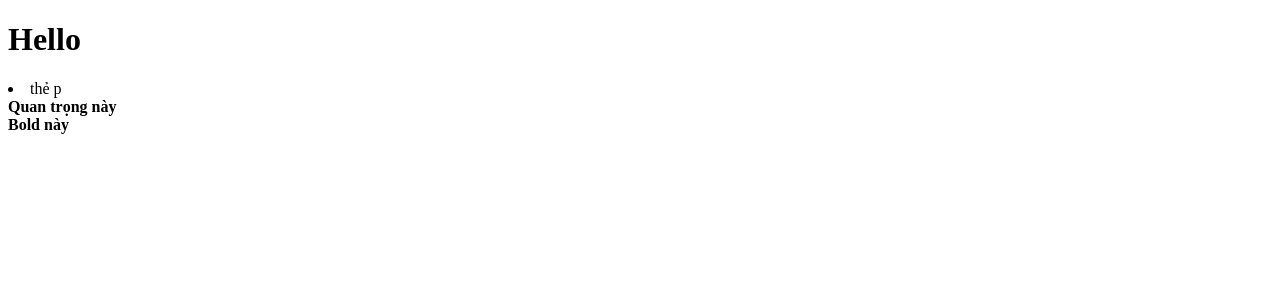
Repository: huyennvo/ptcudw
Page: lesson2/index.html
The author's editor kept a copy of each file at every save. The page is drawn from the files as they stood at one save, then again after the next save.
The browser window is 1280 px wide. The pictures show the whole page.

Above is the page before, as saved 2022-08-08 08:14:34.

### lesson2/index.html
<!DOCTYPE html>
<!-- đọc file html -->
<html lang="en">
    <!-- bắt đầu thẻ html -->
<head>
    <!-- phần đầu -->
    <meta charset="UTF-8">
    <!-- hiển thị tiếng việt -->
    <meta http-equiv="X-UA-Compatible" content="IE=edge">
    <meta name="viewport" content="width=device-width, initial-scale=1.0">
    <!-- Mô tả hoặc các liên kết khác -->
    <title>Hello Lập trình Web</title>
    <!-- tiêu đề tài liệu -->
</head>
<body>
    <!-- phần thân -->
    <!-- gồm nội dung chính -->
    <h1>Hello</h1>
    <!--Nội dung content-->
    <li>thẻ p</li>
 <!-- shift + alt + mũi tên lên/xuống : copy lên trên hoặc xuống dưới -->
    <strong>Quan trọng này</strong>
    <br>
    <b>Bold này</b>
</body>
</html>

After the next save:
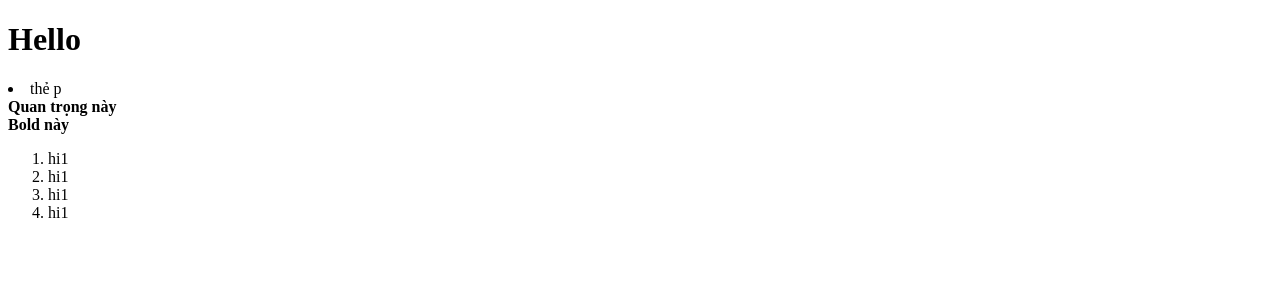
Saved 5 min 57 s later.
--- a/lesson2/index.html
+++ b/lesson2/index.html
@@ -22,5 +22,12 @@
     <strong>Quan trọng này</strong>
     <br>
     <b>Bold này</b>
+    <ol>
+
+        <li>hi1</li>
+        <li>hi1</li>
+        <li>hi1</li>
+        <li>hi1</li>
+    </ol>
 </body>
 </html>
